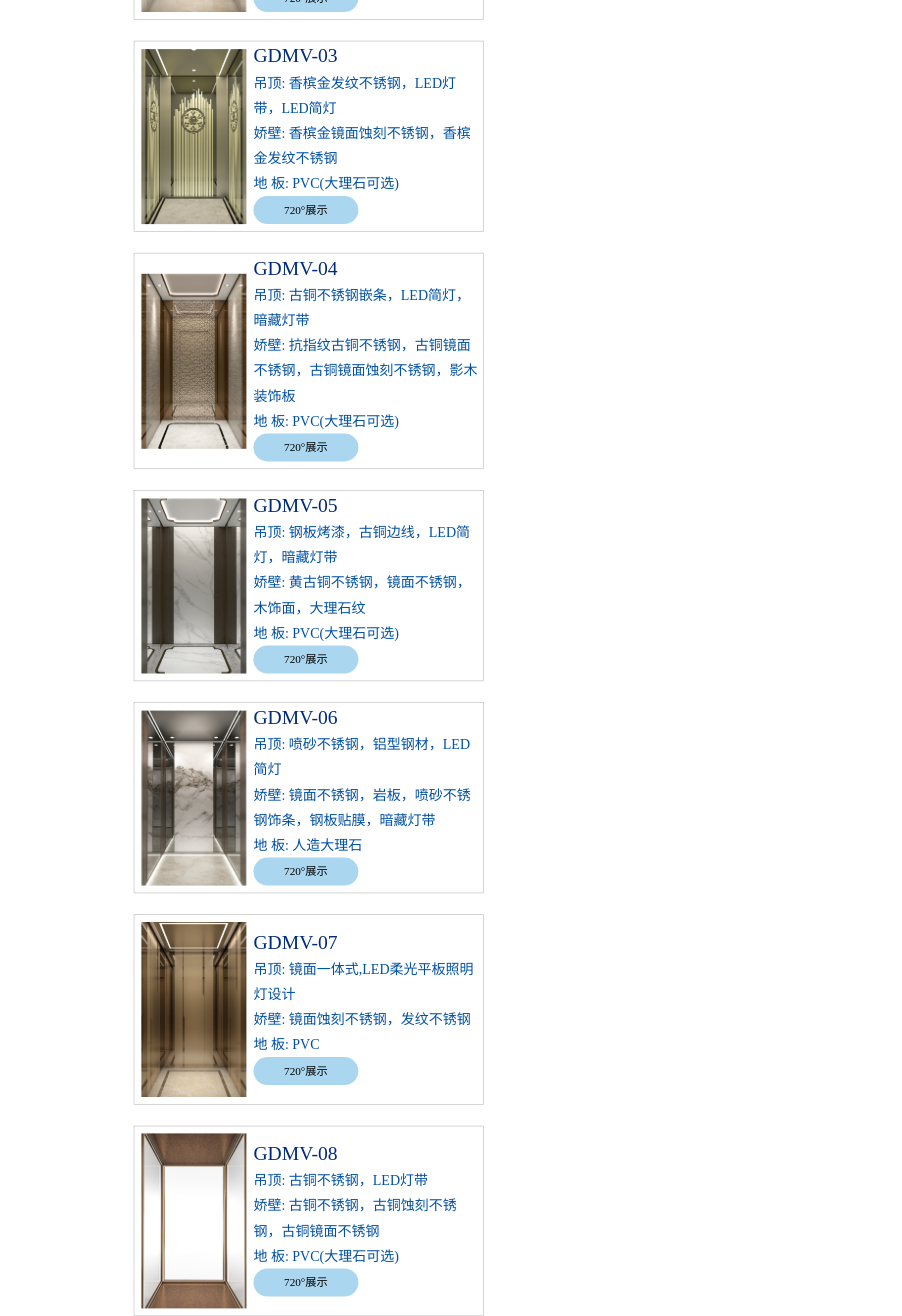
Repository: XIE-code/elevator-ipad
Page: /#/product/Villa
These files come from the project's save history. The page is drawn as it stood at one moment and after the next save; the edit follows.
The browser window is 1280 px wide. The page is 1288 px wide, so the pictures cover 1288 px, including what lies to the right of the window. The pictures show the part of the page from y = 943 to 2823 px (the page is 2823 px tall), at 70% of full size.
The project was rebuilt for these pictures with package versions that can differ from the ones it lists, and the page was loaded fresh each time. Also part of the build but not shown: vue.config.js.

Above is the page before, as saved 2025-03-26 09:41:48.

After the next save:
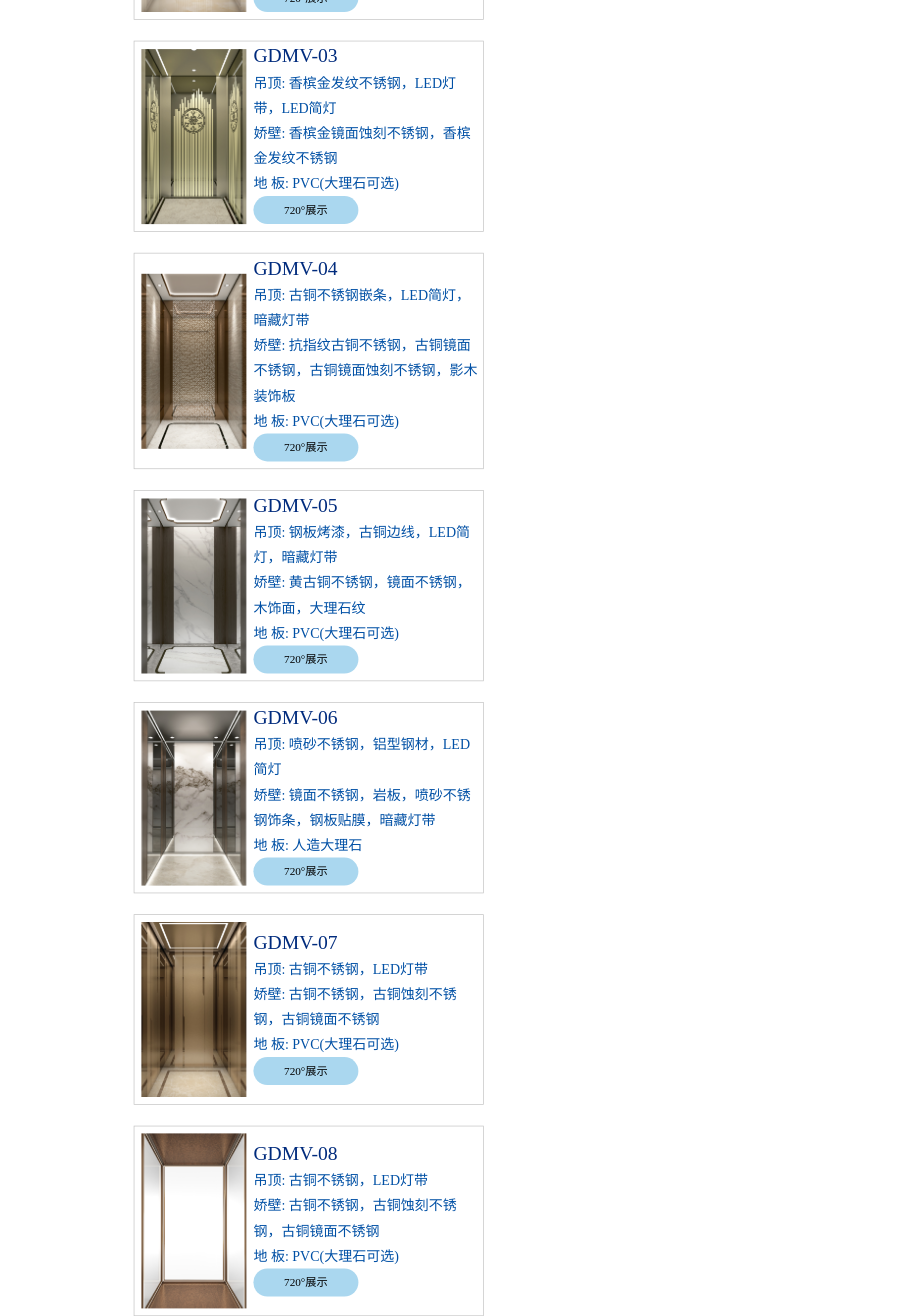
Saved 68 s later.
--- a/src/views/product/VillaElevator.vue
+++ b/src/views/product/VillaElevator.vue
@@ -248,10 +248,12 @@
                             <div class="web-passenger-product-box-text">
                                 <span class="text4">GDMV-07</span><br />
                                 <span class="text5"
-                                    >吊顶:&nbsp;镜面一体式,LED柔光平板照明灯设计<br />
-                                    娇壁:&nbsp;镜面蚀刻不锈钢，发纹不锈钢</span
-                                ><br />
-                                <span class="text5">地 板:&nbsp;PVC</span>
+                                    >吊顶:&nbsp;古铜不锈钢，LED灯带<br />
+                                    娇壁:&nbsp;古铜不锈钢，古铜蚀刻不锈钢，古铜镜面不锈钢</span
+                                ><br />
+                                <span class="text5"
+                                    >地 板:&nbsp;PVC(大理石可选)</span
+                                >
                                 <div
                                     class="web-passenger-product-box-text-bottom"
                                 >
